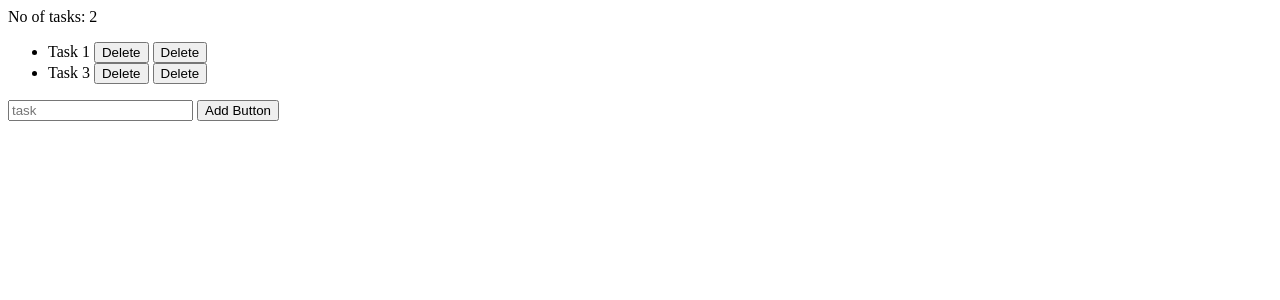
Repository: narendraiitm/jan-2023-term-live-session
Page: todo-vue/index.html
The author's editor kept a copy of each file at every save. The page is drawn from the files as they stood at one save, then again after the next save.
The browser window is 1280 px wide. The pictures show the whole page.

Above is the page before, as saved 2023-02-16 16:55:33.

### todo-vue/index.html
<!DOCTYPE html>
<html lang="en">
  <head>
    <meta charset="UTF-8" />
    <meta http-equiv="X-UA-Compatible" content="IE=edge" />
    <meta name="viewport" content="width=device-width, initial-scale=1.0" />
    <title>Document</title>
  </head>
  <body>
    <div id="app"></div>
    <script src="https://cdn.jsdelivr.net/npm/vue@2/dist/vue.js"></script>
    <script src="./app.js"></script>
  </body>
</html>

### todo-vue/app.js
new Vue({
  // options object
  el: '#app',
  template: `<div>
  <div> No of tasks: {{noOfTasks}} </div>
  <ul>
    <li v-for='(task, index) in tasks'>
        <span>{{task.name}}</span>
        <button @click='deleteTask(index)'> Delete</button>
        <button @click='markAsComplete(index)'> Delete</button>
    </li>
  </ul>
  <input placeholder='task' v-model='currentTask' />
  <button @click='addTask()'> Add Button </button>
  </div>`,
  data: {
    currentTask: null,
    tasks: [
      { name: 'Task 1', complete: false },
      { name: 'Task 3', complete: false },
    ],
  },
  methods: {
    addTask() {
      this.tasks.push({ name: this.currentTask })
    },
    deleteTask(index) {
      this.tasks.splice(index, 1)
    },
    markAsComplete(index) {
      this.tasks[index].complete = true
    },
  },
  computed: {
    noOfTasks() {
      return this.tasks.length
    },
  },
  watch: {
    currentTask(newVal, oldVal) {
      if (newVal.length > 5) {
        alert('Length of the task cannot be more then 5')
      }
    },
  },
})

After the next save:
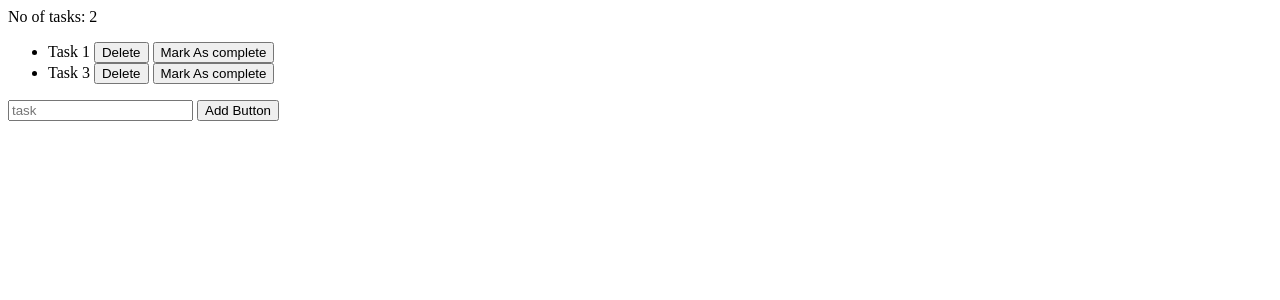
Saved 56 s later.
--- a/todo-vue/app.js
+++ b/todo-vue/app.js
@@ -7,7 +7,7 @@ new Vue({
     <li v-for='(task, index) in tasks'>
         <span>{{task.name}}</span>
         <button @click='deleteTask(index)'> Delete</button>
-        <button @click='markAsComplete(index)'> Delete</button>
+        <button @click='markAsComplete(index)'> Mark As complete</button>
     </li>
   </ul>
   <input placeholder='task' v-model='currentTask' />
